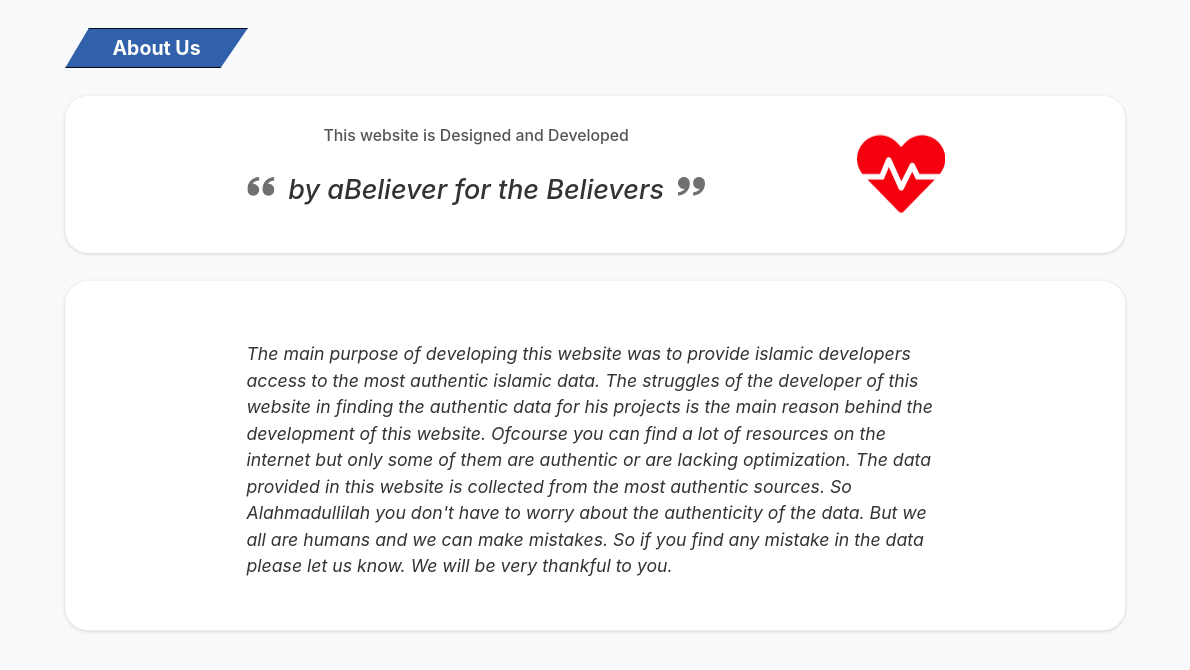
Repository: SpicierEwe/islamic-dev-repo
Page: /legal/about_us
An editor plug-in stored every save of this project. The page is shown before and after the next save, followed by the edit.
The browser window is 1280 px wide. The pictures show the whole page, at 93% of full size.
The project was rebuilt for these pictures with package versions that can differ from the ones it lists, and the page was loaded fresh each time. The framework's server and built-in components were replaced by stand-ins that run in the browser. Also part of the build but not shown: next.config.js.

Above is the page before, as saved 2022-09-16 17:42:09.

### pages/_app.js
import "../styles/globals.css";
import { DataContextProvider } from "../store/data_context";

function MyApp({ Component, pageProps }) {
  return (
    <DataContextProvider>
      <Component {...pageProps} />
    </DataContextProvider>
  );
}

export default MyApp;

### pages/legal/about_us.js
import AboutUs from "../../components/legal/about_us/about_us";

export default function Legal() {
  return (
    <div>
      <AboutUs></AboutUs>
    </div>
  );
}

### styles/globals.css
html,
body,
div,
span,
applet,
object,
iframe,
h1,
h2,
h3,
h4,
h5,
h6,
p,
blockquote,
pre,
a,
abbr,
acronym,
address,
big,
cite,
code,
del,
dfn,
em,
img,
ins,
kbd,
q,
s,
samp,
small,
strike,
strong,
sub,
sup,
tt,
var,
b,
u,
i,
center,
dl,
dt,
dd,
ol,
ul,
li,
fieldset,
form,
label,
legend,
table,
caption,
tbody,
tfoot,
thead,
tr,
th,
td,
article,
aside,
canvas,
details,
embed,
figure,
figcaption,
footer,
header,
hgroup,
menu,
nav,
output,
ruby,
section,
summary,
time,
mark,
audio,
video {
  margin: 0;
  padding: 0;
  border: 0;
  vertical-align: baseline;
}
/* HTML5 display-role reset for older browsers */
article,
aside,
details,
figcaption,
figure,
footer,
header,
hgroup,
menu,
nav,
section {
  display: block;
}
body {
  line-height: 1;
}
ol,
ul {
  list-style: none;
}
blockquote,
q {
  quotes: none;
}
blockquote:before,
blockquote:after,
q:before,
q:after {
  content: "";
  content: none;
}
table {
  border-collapse: collapse;
  border-spacing: 0;
}

/*

 ////////////////////////////////////////////////////////////////////////////from here are the styles
 //////////////////////////////////////////////////////////////////////////

*/

:root {
  --complementary-blue: #0077b6;
  --heading_black: #080808;
}

html {
  font-size: 62.5%;
}

html,
body {
  padding: 0;
  margin: 0;
  /* font-family: "Roboto", "Open Sans", sans-serif, -apple-system,
    BlinkMacSystemFont, Segoe UI, Roboto, Oxygen, Ubuntu, Cantarell, Fira Sans,
    Droid Sans, Helvetica Neue, sans-serif; */

  font-family: -apple-system, BlinkMacSystemFont, Segoe UI, Roboto, Oxygen,
    Ubuntu, Cantarell, Fira Sans, Droid Sans, Helvetica Neue, sans-serif;
  font-weight: 400;
  line-height: 1;
  color: #555;
  box-sizing: border-box;

  background-color: #f8f9fb;

  /* will make the website unselectable/copyable */
  /* -webkit-touch-callout: none;
  -webkit-user-select: none;
  -khtml-user-select: none;
  -moz-user-select: none;
  -ms-user-select: none;
  user-select: none; */
}

a {
  color: inherit;
  text-decoration: none;
}

* {
  box-sizing: border-box;
}

### store/data_context.js
import { createContext, useState } from "react";

const DataContext = createContext({
  db: [],
  downlodable_data: [],
  globaliseDataFunction: (data) => {},
  globaliseDownloadableData: (data) => {},
});

export function DataContextProvider(props) {
  const [db, setDb] = useState([]);
  const [downlodableData, setdownlodableData] = useState([]);

  // globalize db
  function globaliseData(data) {
    /// will update the data
    setDb(data);
  }

  // globalize db
  function globaliseDownloadableData(data) {
    /// will update the data
    setdownlodableData(data);
  }

  const context = {
    db: db,
    downlodable_data: downlodableData,
    globaliseDataFunction: globaliseData,
    globaliseDownloadableData: globaliseDownloadableData,
  };

  return (
    <DataContext.Provider value={context}>
      {props.children}
    </DataContext.Provider>
  );
}

export default DataContext;

### components/legal/about_us/about_us.js
import styles from "./about_us.module.css";
import Image from "next/image";
import { ImQuotesLeft, ImQuotesRight } from "react-icons/im";
import { FaHeartbeat } from "react-icons/fa";

export default function AboutUs(props) {
  return (
    <div className={styles.bg}>
      <h1 className={styles.page_title}>About Us</h1>
      <div className={styles.container_development}>
        <div>
          <p className={styles.intro}>This website is Designed and Developed</p>
          <blockquote>
            <h3 className={styles.quote}>
              <ImQuotesLeft color="#707070" style={{ marginRight: "1.5rem" }} />
              by aBeliever for the Believers
              <ImQuotesRight color="#707070" style={{ marginLeft: "1.5rem" }} />
            </h3>
          </blockquote>
        </div>
        <div className={styles.heart_icon}>
          <FaHeartbeat size="9rem" color="f4000e" />
        </div>
      </div>
      <div className={styles.container_development}>
        <p className={styles.summary}>
          The main purpose of developing this website was to provide islamic
          developers access to the most authentic islamic data. The struggles of
          the developer of this website in finding the authentic data for his
          projects is the main reason behind the development of this website.
          Ofcourse you can find a lot of resources on the internet but only some
          of them are authentic or are lacking optimization. The data provided
          in this website is collected from the most authentic sources. So
          Alahmadullilah you don&apos;t have to worry about the authenticity of
          the data. But we all are humans and we can make mistakes. So if you
          find any mistake in the data please let us know. We will be very
          thankful to you.
        </p>
      </div>
    </div>
  );
}

### components/legal/about_us/about_us.module.css
.bg {
  /* background-color: red; */
  max-width: 120rem;
  padding: 0 3rem;
  margin: 0 auto;
}

.page_title {
  margin-top: 3rem;
  display: inline-block;
  clip-path: polygon(13% 0, 100% 0%, 85% 100%, 0% 100%);
  background-color: #3061aa;
  color: white;
  border: 1px solid black;
  padding: 1rem 5rem;
  font-size: 2.1rem;
}

.container_development {
  justify-content: center;
  align-items: center;
  display: flex;
  border-radius: 2.5rem;
  margin-top: 3rem;
  background-color: white;
  padding: 3.5rem 3rem;
  box-shadow: rgba(0, 0, 0, 0.16) 0px 1px 4px;
  justify-content: space-evenly;
}

.intro {
  text-align: center;
  font-weight: 500;
  color: #555;
  font-size: 1.7rem;
}

.quote {
  margin-top: 3rem;
  color: #333;
  font-weight: 500;
  font-size: 2.9rem;
  font-style: italic;
  padding-bottom: 1.9rem;
  text-align: center;
}

/* heart icon */
.heart_icon {
  animation: heartBeat 1.5s infinite;
}

/* heart icon animation */
@keyframes heartBeat {
  0% {
    transform: scale(1);
  }
  20% {
    transform: scale(1.1);
  }
  40% {
    transform: scale(1);
  }
  60% {
    transform: scale(1.1);
  }
  80% {
    transform: scale(1);
  }
  100% {
    transform: scale(1);
  }
}

.summary {
  margin-top: 3rem;
  max-width: 75rem;

  line-height: 1.5;
  color: #333;
  font-size: 1.9rem;
  font-style: italic;
  padding-bottom: 1.9rem;
}

/* media query */
@media (max-width: 768px) {
  .container_development {
    flex-direction: column;
    row-gap: 1.5rem;
  }
}

After the next save:
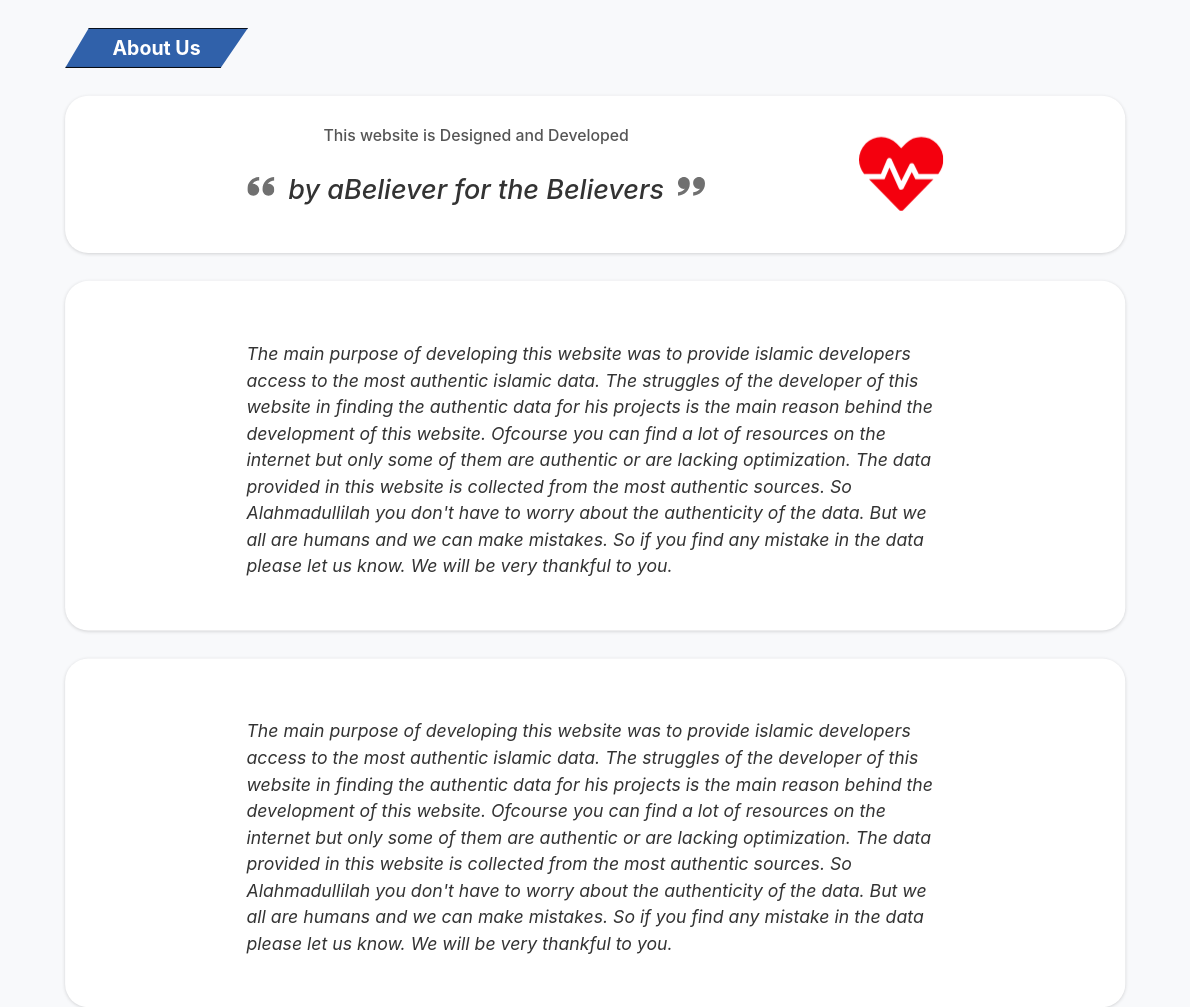
Saved 87 s later.
--- a/components/legal/about_us/about_us.js
+++ b/components/legal/about_us/about_us.js
@@ -37,6 +37,22 @@ export default function AboutUs(props) {
           thankful to you.
         </p>
       </div>
+
+      <div className={styles.container_development}>
+        <p className={styles.summary}>
+          The main purpose of developing this website was to provide islamic
+          developers access to the most authentic islamic data. The struggles of
+          the developer of this website in finding the authentic data for his
+          projects is the main reason behind the development of this website.
+          Ofcourse you can find a lot of resources on the internet but only some
+          of them are authentic or are lacking optimization. The data provided
+          in this website is collected from the most authentic sources. So
+          Alahmadullilah you don&apos;t have to worry about the authenticity of
+          the data. But we all are humans and we can make mistakes. So if you
+          find any mistake in the data please let us know. We will be very
+          thankful to you.
+        </p>
+      </div>
     </div>
   );
 }
